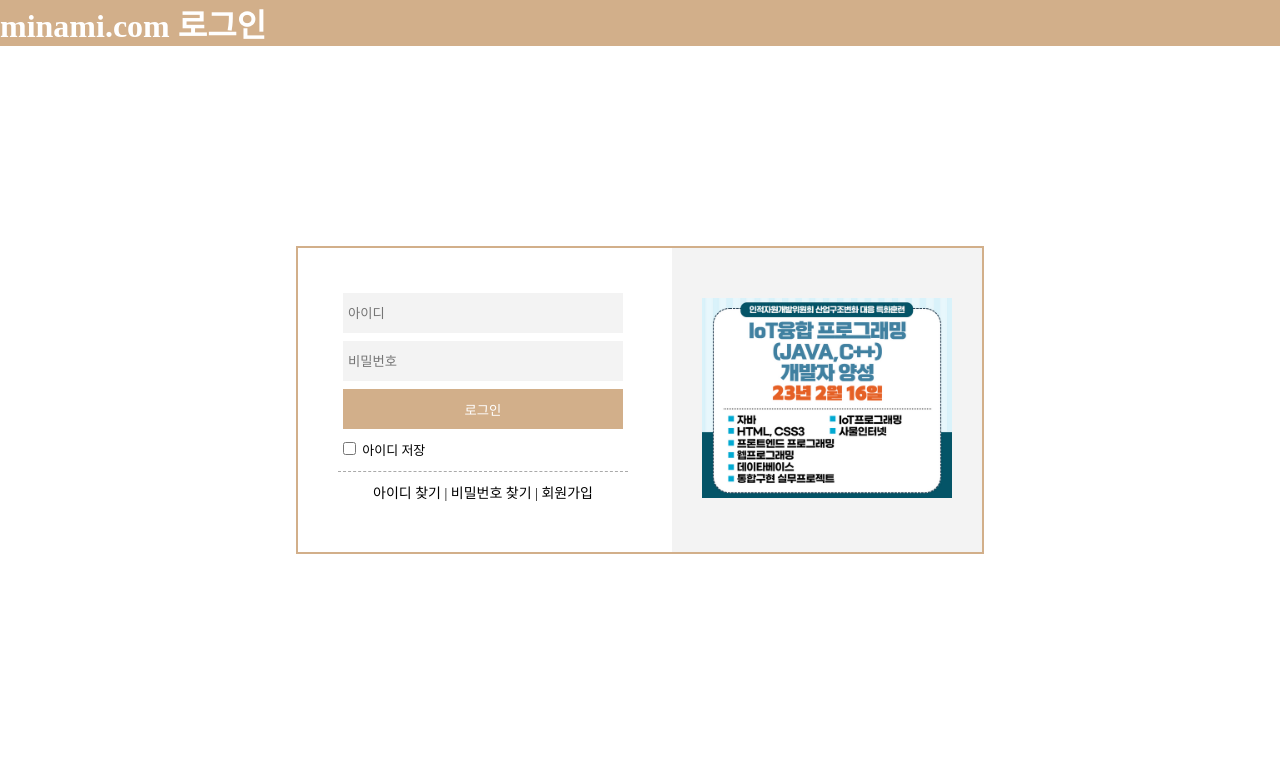
Repository: Minami0717/JSP_Study
Page: http://localhost/JSP_Gall/jsp/loginForm.jsp
These files come from the project's save history. The page is drawn as it stood at one moment and after the next save; the edit follows.
The browser window is 1280 px wide. The pictures show the whole page.
The page is served by Tomcat 9.

Above is the page before, as saved 2023-02-15 07:03:40.

After the next save:
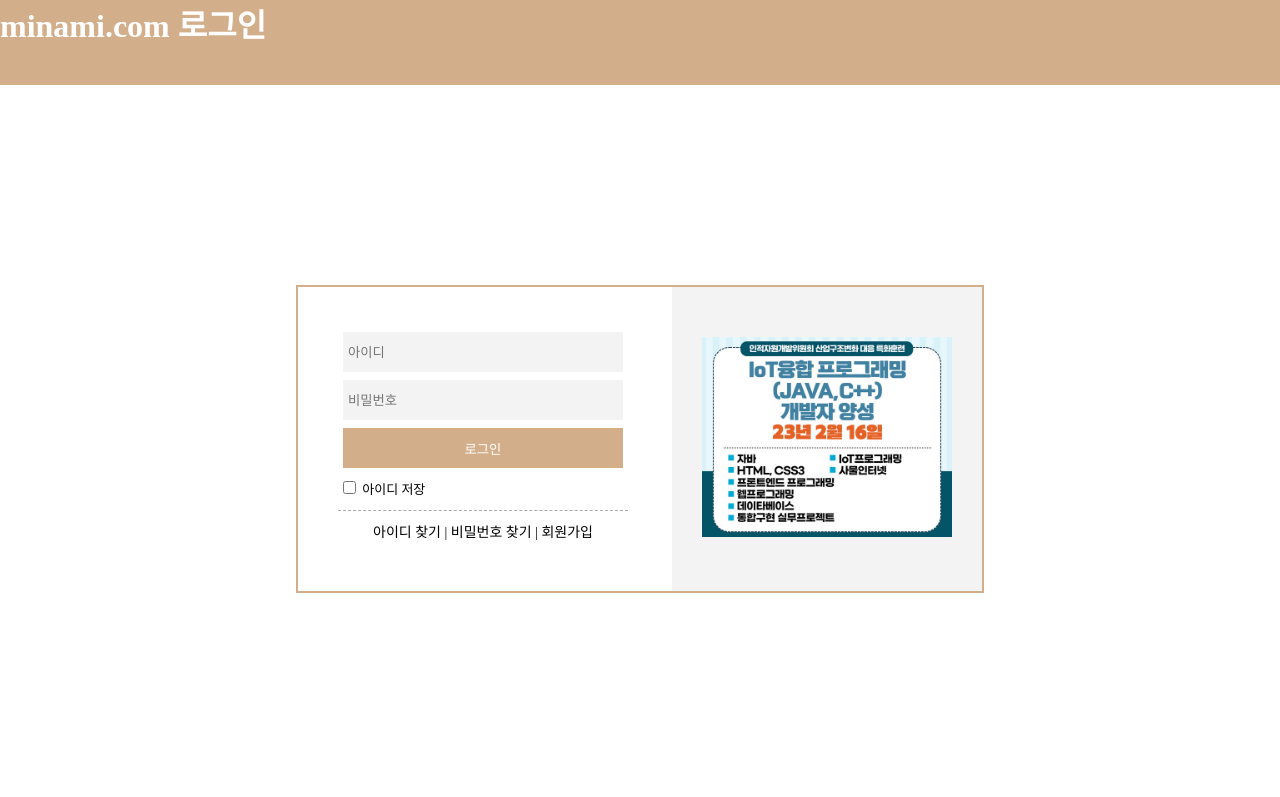
Saved 28 s later.
--- a/JSP_Gall/src/main/webapp/jsp/loginForm.jsp
+++ b/JSP_Gall/src/main/webapp/jsp/loginForm.jsp
@@ -10,7 +10,7 @@
 <title>Insert title here</title>
 <style>
 	* {margin: 0; padding: 0;}
-	header {background: #d2af8a;}
+	header {background: #d2af8a; height: 85px;}
 	header a {color: white;}
 	header a:hover {text-decoration: none;}
 	div[align=center] {display: inline-block; border: 2px solid #d2af8a; margin: 200px auto; font-size: 13px; width: 684px;}
